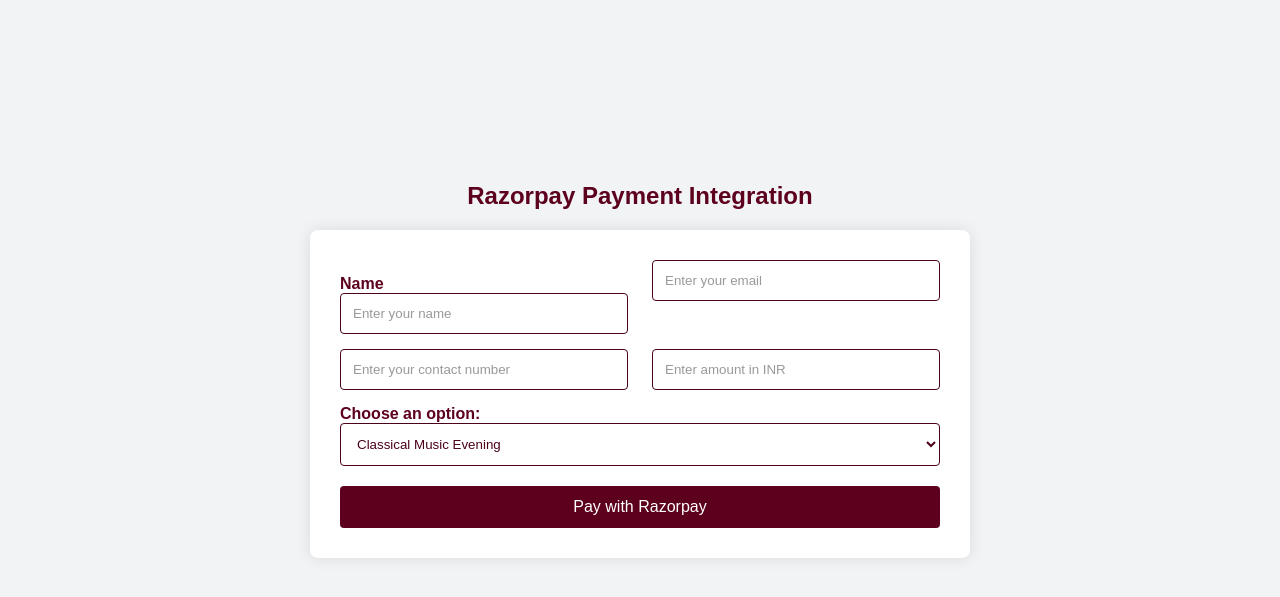
Repository: SharonSebastian32/razorpaypaymentgateway_implementation
Page: bookEventpage.html
The author's editor kept a copy of each file at every save. The page is drawn from the files as they stood at one save, then again after a run of saves.
The browser window is 1280 px wide. The pictures show the whole page.

Above is the page before, as saved 2024-08-09 08:15:01.

### bookEventpage.html
<!DOCTYPE html>
<html lang="en">
  <head>
    <meta charset="UTF-8" />
    <meta name="viewport" content="width=device-width, initial-scale=1.0" />
    <title>Razorpay Payment Integration</title>
    <style>
      :root {
        --primary-pink:#5D001E ;
        --light-blue: #e8f0fe;
        --dark-pink: #4b0219;
        --white: #ffffff;
        --light-gray: #f1f3f4;
      }

      body {
        font-family: Arial, sans-serif;
        background-color: var(--light-gray);
        display: flex;
        justify-content: center;
        align-items: center;
        height: 100vh;
        margin: 0;
      }

      h2 {
        text-align: center;
        color: var(--primary-pink);
        margin-bottom: 20px;
      }

      #paymentForm {
        background-color: var(--white);
        padding: 30px;
        border-radius: 8px;
        box-shadow: 0 0 15px rgba(0, 0, 0, 0.1);
        width: 600px;
      }

      .form-row {
        display: flex;
        justify-content: space-between;
        margin-bottom: 15px;
      }

      .form-group {
        flex: 0 0 48%;
      }

      input,
      select {
        width: 100%;
        padding: 12px;
        border: 1px solid var(--dark-pink);
        border-radius: 4px;
        box-sizing: border-box;
        background-color: var(--white);
        color: var(--dark-pink);
        transition: border-color 0.3s ease;
      }

      input:focus,
      select:focus {
        outline: none;
        border-color: var(--primary-pink);
      }

      input::placeholder {
        color: #999;
      }

      label {
        display: block;
        margin-top: 15px;
        color: var(--primary-pink);
        font-weight: bold;
      }

      #rzp-button1 {
        width: 100%;
        padding: 12px;
        background-color: var(--primary-pink);
        color: var(--white);
        border: none;
        border-radius: 4px;
        cursor: pointer;
        font-size: 16px;
        margin-top: 20px;
        transition: background-color 0.3s ease;
      }

      #rzp-button1:hover {
        background-color: var(--dark-pink);
      }
    </style>
  </head>
  <body>
    <div>
      <h2>Razorpay Payment Integration</h2>
      <form id="paymentForm">
        <div class="form-row">
          <div class="form-group">
            <label for="">Name</label>
            <input
              type="text"
              id="name"
              placeholder="Enter your name"
              required
            />
          </div>
          <div class="form-group">
            <input
              type="email"
              id="email"
              placeholder="Enter your email"
              required
            />
          </div>
        </div>
        <div class="form-row">
          <div class="form-group">
            <input
              type="text"
              id="contact"
              placeholder="Enter your contact number"
              required
            />
          </div>
          <div class="form-group">
            <input
              type="text"
              id="amount"
              placeholder="Enter amount in INR"
              required
            />
          </div>
        </div>
        <label for="choices">Choose an option:</label>
        <select id="choices" name="choices">
          <!-- Options will be dynamically generated here -->
        </select>
        <button id="rzp-button1" type="submit">Pay with Razorpay</button>
      </form>
    </div>

    <!--------------------------paymentGatewayScripts--------------->
    <script src="./Script/paymentGateway.js"></script>

    <!--------------------------razorpayScript ---------------------->
    <script src="https://checkout.razorpay.com/v1/checkout.js"></script>
  </body>
</html>

### Script/paymentGateway.js
document.getElementById("paymentForm").addEventListener("submit", function (e) {
  e.preventDefault();
  var name = document.getElementById("name").value;
  var email = document.getElementById("email").value;
  var contact = document.getElementById("contact").value;
  var amount = document.getElementById("amount").value * 100;
  // Convert amount to paise

  var options = {
    key: "rzp_test_gCzBTQcb92KH3e", // Enter the Key ID generated from the Dashboard
    amount: amount.toString(), // Amount in currency subunits (100 paise = 1 INR)
    currency: "INR",
    name: "Ozwalz Events",
    description: "Thank You for booking event with Ozwalz Events",
    image: "./assets/images/logo.png",

    handler: function (response) {
      // Handle the response from Razorpay after payment
      // You can redirect to another page or save the response to your database
    },
    prefill: {
      name: name,
      email: email,
      contact: contact,
    },
    notes: {
      description: "Thank You for booking event with Ozwalz Events",
    },
    theme: {
      color: "##5D001E",
    },
  };

  var rzp1 = new Razorpay(options);
  rzp1.open();
});

// API FOR FETCHING EVENTNAME

let eventData;

fetch("./JSON/event.json")
  .then((response) => response.json())
  .then((data) => {
    eventData = data;

    // Populate the select element with event names
    const selectElement = document.getElementById("choices");
    data.forEach((event) => {
      const option = document.createElement("option");
      option.value = event.id;
      option.text = event.eventName;
      selectElement.add(option);
    });

    // Add event listener to the select element
    selectElement.addEventListener("change", updatePriceInput);
  })
  .catch((error) => console.error("Error:", error));

function updatePriceInput() {
  const selectedEventId = document.getElementById("choices").value;
  const selectedEvent = eventData.find((event) => event.id === selectedEventId);

  if (selectedEvent) {
    document.getElementById("amount").value = selectedEvent.price.basePrice;
  } else {
    document.getElementById("amount").value = "";
  }
}

Loaded but not shown: JSON/event.json (899 lines, source omitted)

After the next 3 saves:
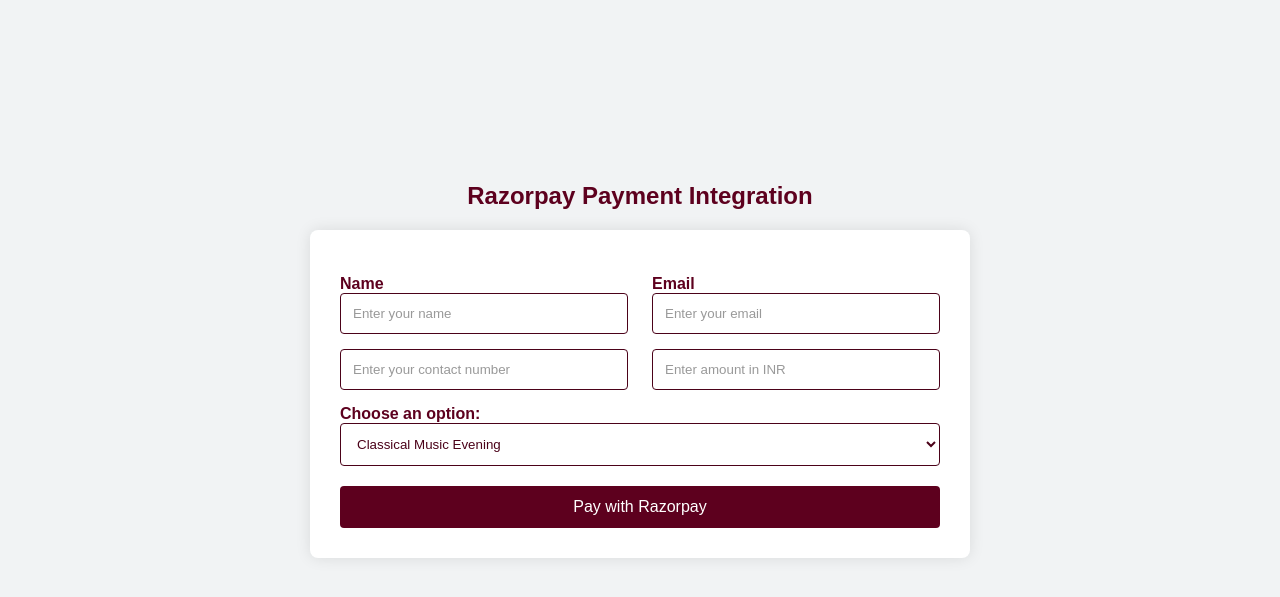
The 3 saves are shown as one change because they came seconds apart.
The last was saved 17 s later.
--- a/bookEventpage.html
+++ b/bookEventpage.html
@@ -6,7 +6,7 @@
     <title>Razorpay Payment Integration</title>
     <style>
       :root {
-        --primary-pink:#5D001E ;
+        --primary-pink: #5d001e;
         --light-blue: #e8f0fe;
         --dark-pink: #4b0219;
         --white: #ffffff;
@@ -109,6 +109,8 @@
             />
           </div>
           <div class="form-group">
+            <label for="">Email</label>
+
             <input
               type="email"
               id="email"
